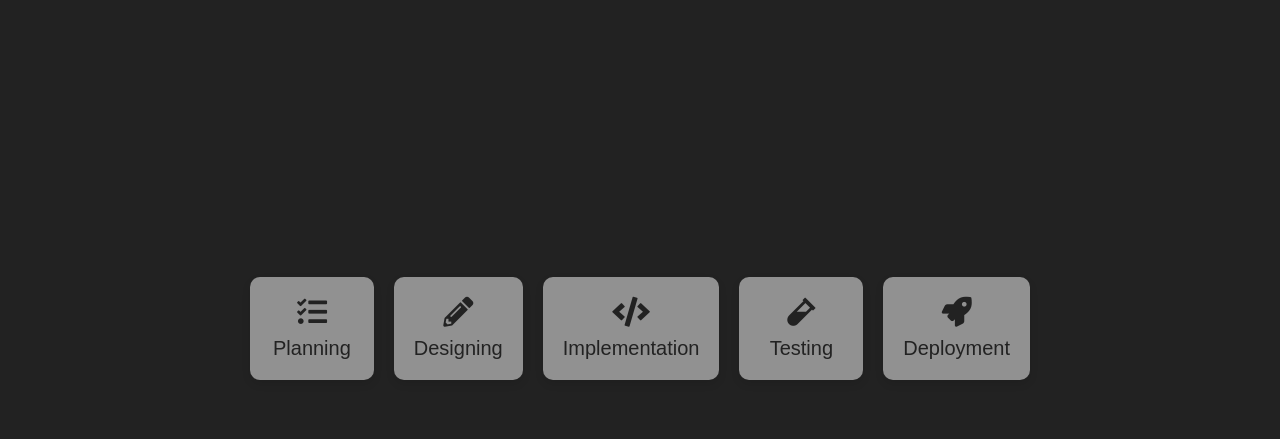
Repository: itsquadian/IT-SQUADIAN
Page: try.html
The author's editor kept a copy of each file at every save. The page is drawn from the files as they stood at one save, then again after the next save.
The browser window is 1280 px wide. The pictures show the whole page.

Above is the page before, as saved 2024-04-13 20:41:55.

After the next save:
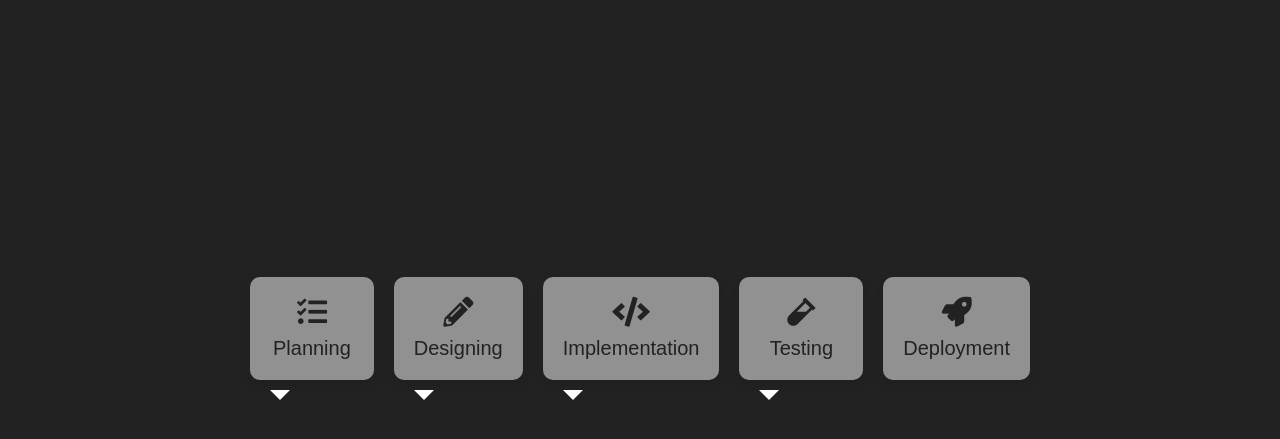
Saved 9 min 19 s later.
--- a/try.html
+++ b/try.html
@@ -40,6 +40,7 @@
         bottom: 5%;
         display: flex;
         align-items: flex-end;
+        justify-content: space-between;
         width: 80%;
         max-width: 800px;
         font-size: 20px;
@@ -83,6 +84,21 @@
         100% { transform: translateX(100%); }
     }
 
+    .arrow {
+        position: absolute;
+        bottom: -20px;
+        width: 0;
+        height: 0;
+        border-left: 10px solid transparent;
+        border-right: 10px solid transparent;
+        border-top: 10px solid #fff; /* Set arrow color */
+        transition: all 0.5s ease; /* Add smooth transition */
+    }
+
+    .arrow:hover {
+        border-top: 10px solid #54a7c6; /* Change arrow color on hover */
+    }
+
     @media screen and (max-width: 768px) {
         .steps {
             flex-wrap: wrap;
@@ -105,18 +121,22 @@
         <div class="step">
             <i class="fas fa-tasks"></i>
             <br>Planning
+            <div class="arrow"></div> <!-- Arrow indicator -->
         </div>
         <div class="step">
             <i class="fas fa-pencil-alt"></i>
             <br>Designing
+            <div class="arrow"></div> <!-- Arrow indicator -->
         </div>
         <div class="step">
             <i class="fas fa-code"></i>
             <br>Implementation
+            <div class="arrow"></div> <!-- Arrow indicator -->
         </div>
         <div class="step">
             <i class="fas fa-vial"></i>
             <br>Testing
+            <div class="arrow"></div> <!-- Arrow indicator -->
         </div>
         <div class="step">
             <i class="fas fa-rocket"></i>
